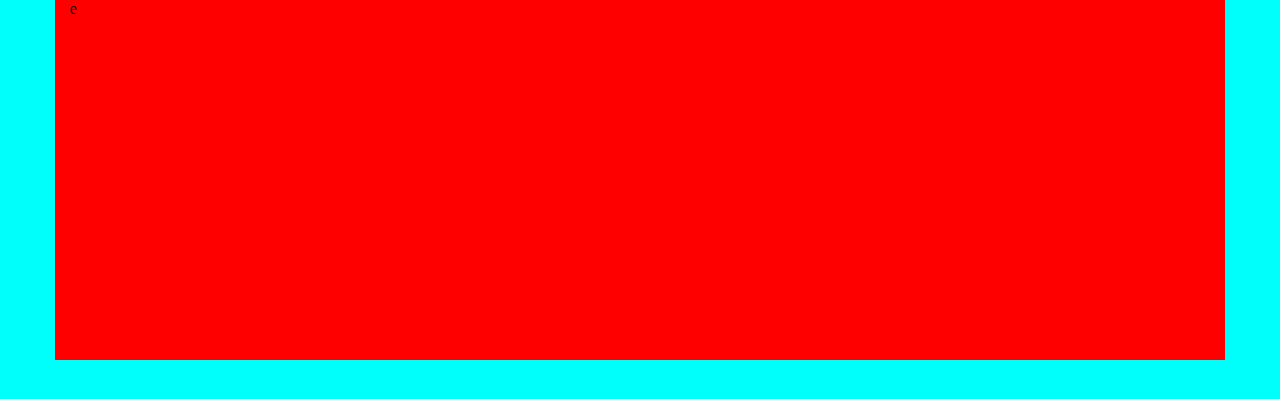
Repository: FaisalFahed/login-page
Page: html/صفحة تسجيل دخول.html
These files come from the project's save history. The page is drawn as it stood at one moment and after the next save; the edit follows.
The browser window is 1280 px wide. The pictures show the whole page.
Some web fonts or font styles are not loaded; a fallback is used.

Above is the page before, as saved 2025-04-01 07:55:47.

After the next save:
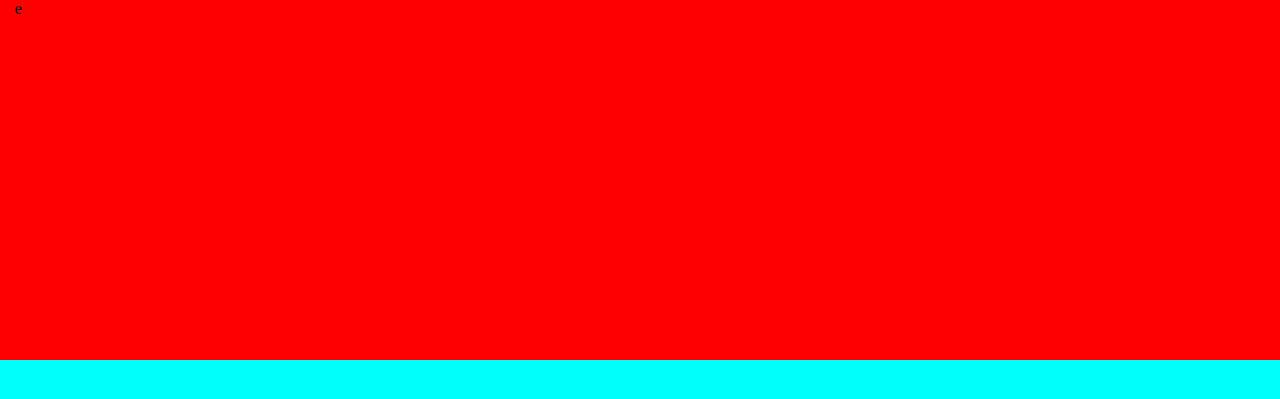
Saved 24 s later.
--- a/css/صفحة تسجيل دخول.css
+++ b/css/صفحة تسجيل دخول.css
@@ -39,7 +39,7 @@
     height: 50vh;
 }
 
-@media (min-width:768px){
+/* @media (min-width:768px){
     .container{
         width: 750px;
     }
@@ -55,4 +55,4 @@
     .container{
         width: 1170px;
     }
-}
+} */
